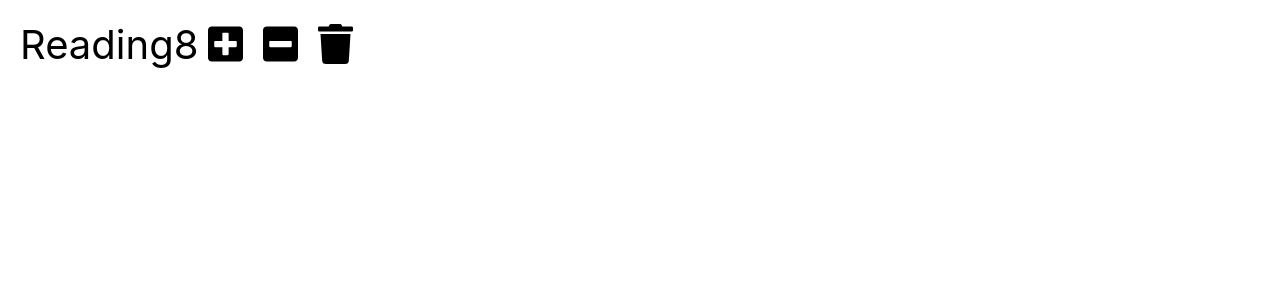
Repository: keehoonjung/react-habit-tracker
Page: / (app in react/habit-tracker/)
The author's editor kept a copy of each file at every save. The page is drawn from the files as they stood at one save, then again after a run of saves.
The browser window is 1280 px wide. The pictures show the whole page.
The project was rebuilt for these pictures with package versions that can differ from the ones it lists, and the page was loaded fresh each time.

Above is the page before, as saved 2021-08-30 16:18:37.

After the next 2 saves:
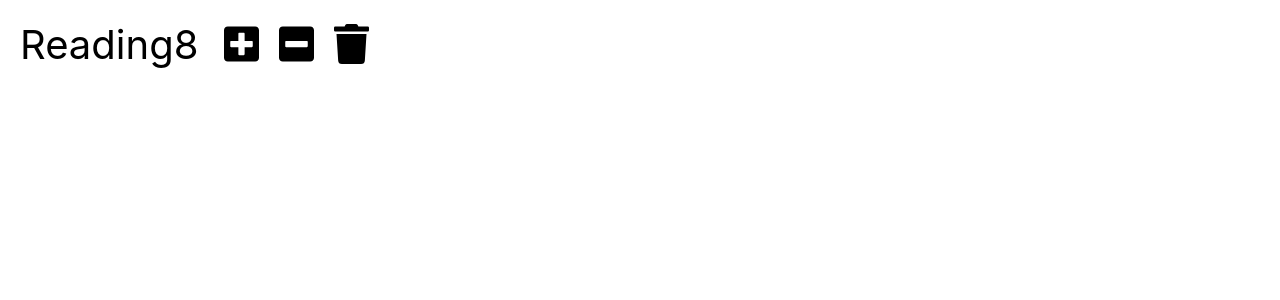
The 2 saves are shown as one change because they came seconds apart.
The last was saved 60 s later.
--- a/react/habit-tracker/src/app.css
+++ b/react/habit-tracker/src/app.css
@@ -8,6 +8,12 @@ button {
   font-size: 2.5rem;
   padding: 0.5em;
   list-style: none;
+}
+
+.habit-count {
+  display: inline-block;
+  width: 2.5rem;
+  height: 2.5rem;
 }
 
 .habit-button {
